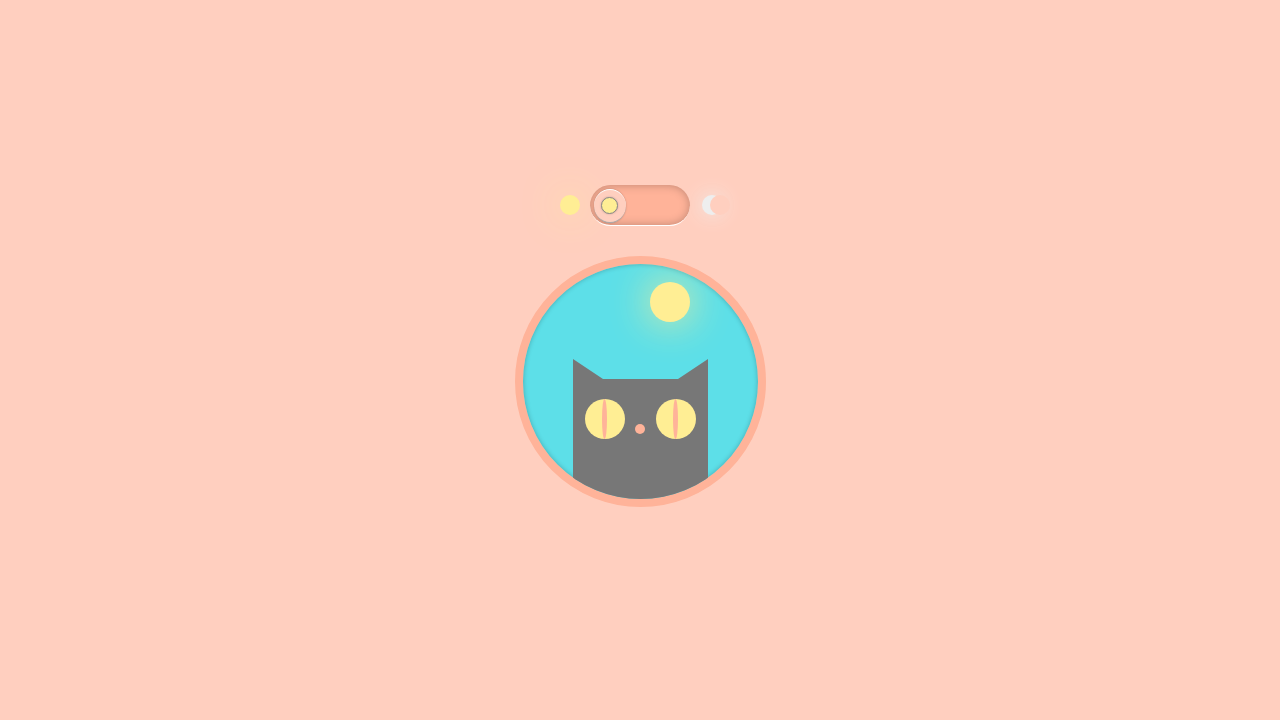
Repository: KHANas02/cat_1
Page: index.html
These files come from the project's save history. The page is drawn as it stood at one moment and after the next save; the edit follows.
The browser window is 1280 px wide. The pictures show the whole page.

Above is the page before, as saved 2024-03-31 06:37:06.

After the next save:
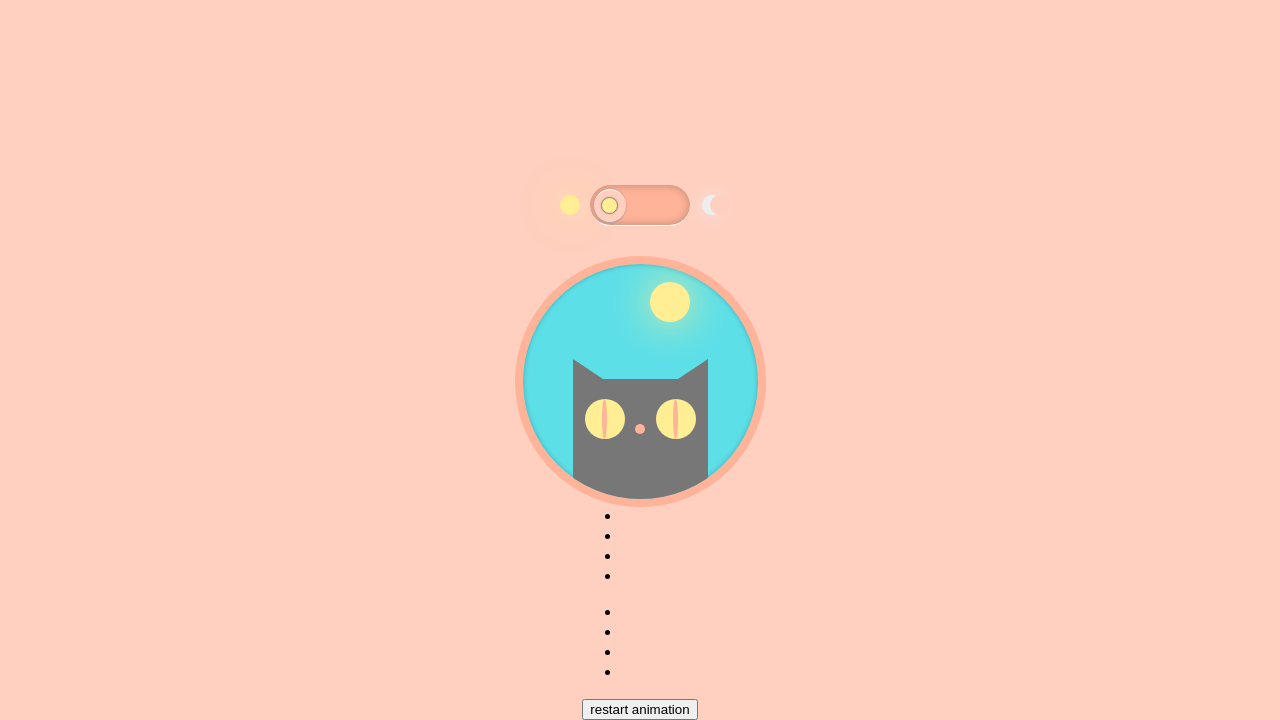
Saved 65 s later.
--- a/index.html
+++ b/index.html
@@ -85,7 +85,76 @@
 
 
 <!--  -->
-
+<div class="wrapper-no7">
+    <div class="logo">Asadbek</div>
+    <div class="animation-wrapper">
+        <div class="cat-wrapper">
+            <svg class="cat" xmlns="http://www.w3.org/2000/svg" viewBox="0 0 207.68 163.77" preserveAspectRatio="none">
+              <title>cat</title>
+              <g class="body">
+                <circle class="body-backcircle" cx="76.86" cy="83.31" r="45.5"/>
+                <circle class="body-frontcircle" cx="150.86" cy="83.31" r="45.5"/>
+                <rect class="body-between"x="74.65" y="37.89" width="83.04" height="90.61"/>
+              </g>
+              <circle class="head" cx="161.76" cy="52.75" r="45.92"/>
+              <g class="eyes">
+                <circle class="eyes-l" cx="153.51" cy="46.5" r="8.25"/>
+                <circle class="eyes-r" cx="185.76" cy="46.5" r="8.25"/>
+              </g>
+              <g class="ears">
+                <polygon class="ears-l" points="132.76 19 132.76 0 149.55 8.81 132.76 19"/>
+                <polygon class="ears-r" points="179.44 11.2 197 4.06 195.16 22.9 179.44 11.2"/>
+              </g>
+              <rect class="tail" x="-11" y="32.87" width="107" height="20" rx="9.58" ry="9.58" transform="translate(41.19 -18.41) rotate(45)"/>
+              <g class="backlegs">
+                <path class="backlegs1" d="M74,124.85a6,6,0,0,0-4.7-7.07l-4.41-.89a6,6,0,0,0-7.07,4.7l-6.31,31.35a8.25,8.25,0,1,0,15.64,5,5.94,5.94,0,0,0,.44-1.33Z" transform="translate(-1.58 -0.92)"/>
+                <path class="backlegs2" d="M88.22,125.86a6,6,0,0,0-4.38-7.27l-4.37-1.08a6,6,0,0,0-7.27,4.38l-7.69,31a8.25,8.25,0,1,0,15.41,5.72,5.94,5.94,0,0,0,.5-1.31Z" transform="translate(-1.58 -0.92)"/>
+              </g>
+              <g class="frontlegs">
+                <path class="frontlegs1" d="M162.89,120.91a6,6,0,0,0-7.65-3.68L151,118.72a6,6,0,0,0-3.68,7.65l10.57,30.18a8.25,8.25,0,1,0,16-3.65,5.94,5.94,0,0,0-.3-1.37Z" transform="translate(-1.58 -0.92)"/>
+                <path class="frontlegs2" d="M175.77,120.08a6,6,0,0,0-7.48-4l-4.31,1.3a6,6,0,0,0-4,7.48l9.22,30.62a8.25,8.25,0,1,0,16.17-2.94,5.94,5.94,0,0,0-.24-1.38Z" transform="translate(-1.58 -0.92)"/>
+              </g>
+            </svg>
+        </div>
+        <div class="logoani">LOGO</div>
+    </div>
+    <div class="layout notvisible">
+        <div class="layout__nav">
+            <ul class="layout__nav-left">
+                <li></li>
+                <li></li>
+                <li></li>
+                <li></li>
+            </ul>
+            <ul class="layout__nav-right">
+                <li></li>
+                <li></li>
+                <li></li>
+                <li></li>
+            </ul>
+        </div>
+        <div class="layout__title"></div>
+            <div class="layout__content">
+                <div></div>
+                <div></div>
+                <div></div>
+                <div></div>
+                <div></div>
+                <div></div>
+                <div></div>
+                <div></div>
+                <div></div>
+                <div></div>
+                <div></div>
+                <div></div>
+                <div></div>
+                <div></div>
+                <div></div>
+                <div></div>
+            </div>
+    </div>
+    <button class="restart">restart animation</button>
+ </div>
 
 
   </body>
